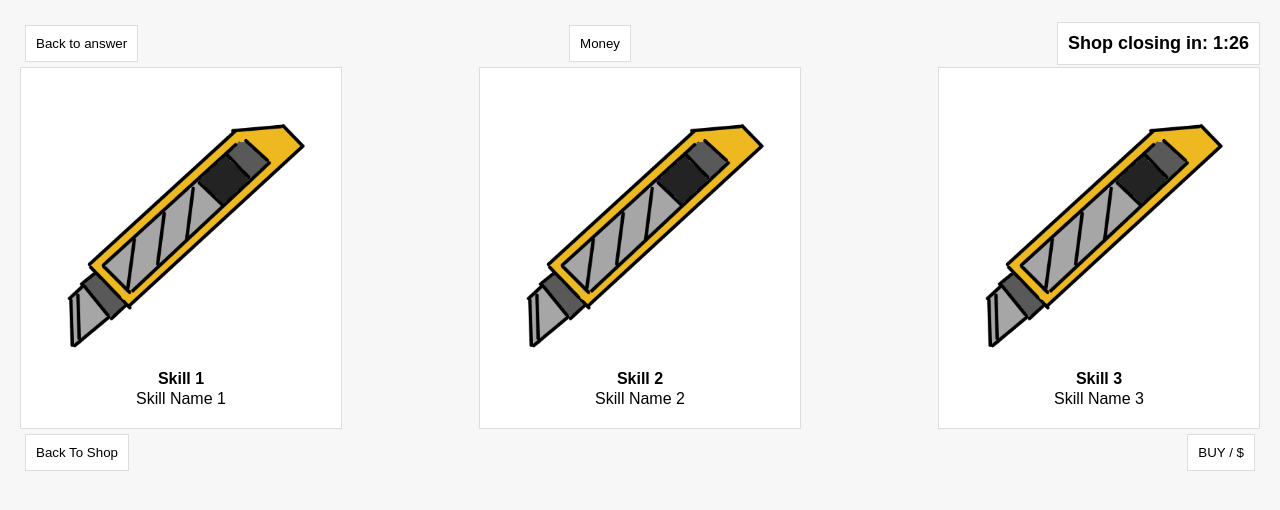
Repository: sean12-2007/Jailbreaker
Page: public/src/pages/shop_skills copy 2.html
These files come from the project's save history. The page is drawn as it stood at one moment and after the next save; the edit follows.
The browser window is 1280 px wide. The pictures show the whole page.

Above is the page before, as saved 2024-08-09 20:01:57.

After the next save:
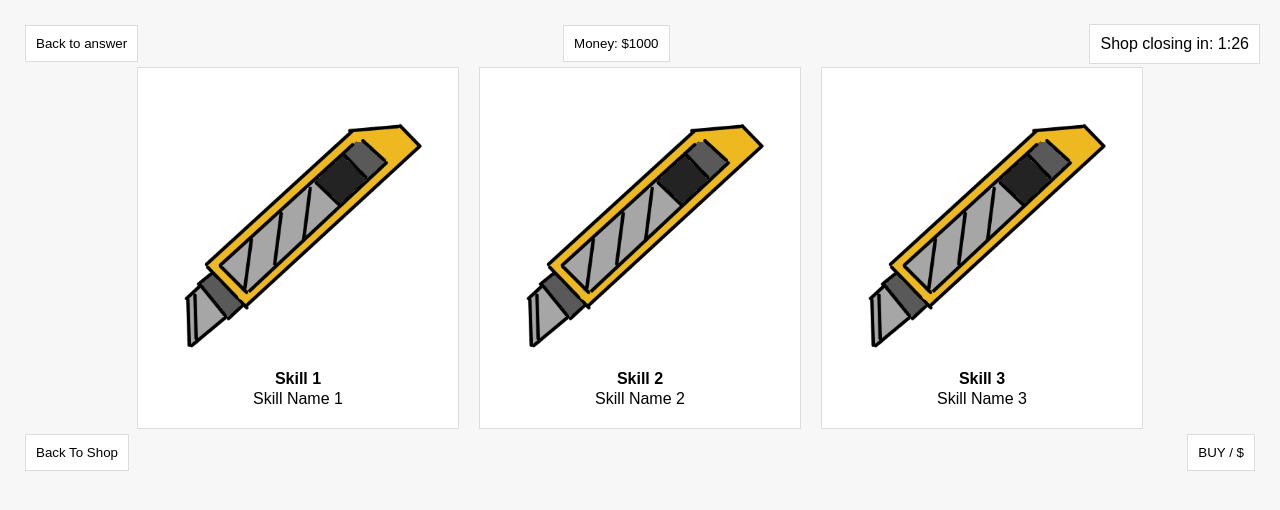
Saved 40 s later.
--- a/public/src/pages/shop_skills copy 2.html
+++ b/public/src/pages/shop_skills copy 2.html
@@ -9,16 +9,14 @@
       font-family: Arial, sans-serif;
       margin: 0;
       padding: 20px;
-      background-color: #f7f7f7; /* Light pink background */
+      background: #f7f7f7;
     }
-
     .container {
       display: flex;
       justify-content: space-between;
       align-items: center;
       gap: 20px;
     }
-
     .button {
       padding: 10px;
       margin: 5px;
@@ -27,54 +25,43 @@
       cursor: pointer;
       text-align: center;
     }
-
     .weapon-container {
       display: flex;
-      justify-content: space-between; /* Space between weapons */
+      justify-content: center;
       align-items: center;
       gap: 20px;
       width: 100%;
     }
-
     .weapon {
       width: 280px;
       height: 320px;
       border: 1px solid #ddd;
-      background-color: #fff;
+      background: #fff;
       display: flex;
       flex-direction: column;
       justify-content: space-between;
       align-items: center;
       padding: 20px;
     }
-
     .weapon img {
       width: 100%;
       height: auto;
     }
-
     .skill-name {
       font-weight: bold;
     }
-
     .timer-container {
       border: 1px solid #ddd;
-      background-color: #fff; /* White background */
+      background: #fff;
       padding: 10px;
       text-align: center;
-    }
-
-    /* Style for the timer */
-    #startTimer {
-      font-size: 18px;
-      font-weight: bold;
     }
   </style>
 </head>
 <body>
   <div class="container">
     <button class="button">Back to answer</button>
-    <button class="button">Money</button>
+    <button class="button">Money: $1000</button>
     <div class="timer-container">
       <div id="startTimer">Shop closing timer</div>
     </div>
@@ -99,14 +86,18 @@
   </div>
 
   <div class="container">
-    <button class="button">Back To Shop</button>
-    <button class="button">BUY / $</button>
+    <button class="button" onclick="goToShop()">Back To Shop</button>
+    <button class="button" onclick="buySkills()">BUY / $</button>
   </div>
 
   <script>
     // Variables to store the timer state
     let timeRemaining = 90; // 1.5 minutes in seconds
     let timerInterval = null;
+
+    function goToShop() {
+      window.location.href = 'shop.html'; // Redirect to shop.html
+    }
 
     // Function to simulate buying skills and updating money
     function buySkills() {
